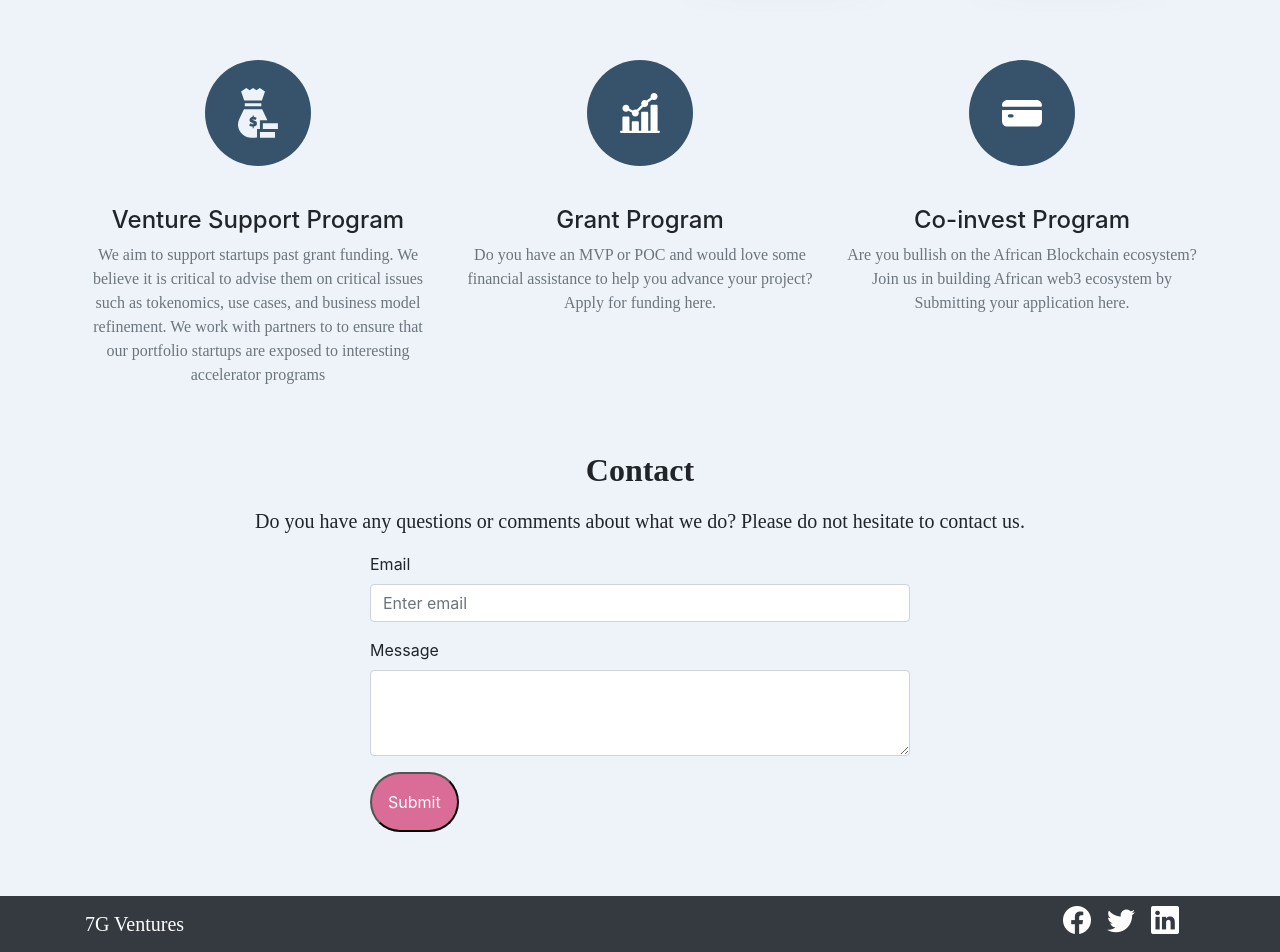
Repository: Jeremicarose/G7-venture
Page: index.html
These files come from the project's save history. The page is drawn as it stood at one moment and after the next save; the edit follows.
The browser window is 1280 px wide. The pictures show the part of the page from y = 2341 to 3293 px (the page is 3293 px tall before and 3287 px after).
A picture or video elsewhere on the page could not be fetched, so the positions and the page height are approximate.

Above is the page before, as saved 2023-02-03 19:12:37.

### index.html
<html lang="en">
  <head>
    <meta charset="UTF-8" />
    <meta http-equiv="X-UA-Compatible" content="IE=edge" />
    <meta name="viewport" content="width=device-width, initial-scale=1.0" />
    <title>Api</title>
    <link
      rel="stylesheet"
      href="https://cdn.jsdelivr.net/npm/bootstrap-icons@1.5.0/font/bootstrap-icons.css"
    />
    <link
      href="https://cdn.jsdelivr.net/npm/bootstrap@5.0.1/dist/css/bootstrap.min.css"
      rel="stylesheet"
      integrity="sha384-+0n0xVW2eSR5OomGNYDnhzAbDsOXxcvSN1TPprVMTNDbiYZCxYbOOl7+AMvyTG2x"
      crossorigin="anonymous"
    />
    <link
      rel="stylesheet"
      href="https://maxcdn.bootstrapcdn.com/bootstrap/4.0.0/css/bootstrap.min.css"
      integrity="sha384-Gn5384xqQ1aoWXA+058RXPxPg6fy4IWvTNh0E263XmFcJlSAwiGgFAW/dAiS6JXm"
      crossorigin="anonymous"
    />
    <link rel="stylesheet" href="style.css" />
  </head>
  <body>
    <!-- navbar -->
    <section>
      <nav class="navbar navbar-expand-md pt-3 pb-4">
        <nav class="navbar navbar-expand-lg navbar-light ">
          <a class="navbar-brand" href="#">7G Ventures</a>
          <button
            class="navbar-toggler"
            type="button"
            data-toggle="collapse"
            data-target="#navbarNav"
            aria-controls="navbarNav"
            aria-expanded="false"
            aria-label="Toggle navigation"
          >
            <span class="navbar-toggler-icon"></span>
          </button>
        </nav>

          <!-- navbar links -->
          <div
            class="collapse navbar-collapse justify-content-start align-center text-dark"
            id="main-nav"
          >
            <ul class="navbar-nav ps-4 text-white">
              <li class="nav-item">
                <a class="nav-link text-dark" href="#pricing">Ourstory</a>
              </li>
              <li class="nav-item ps-4">
                <a class="nav-link text-dark" href="#about">Programs</a>
              </li>
              <li class="nav-item ps-4">
                <a class="nav-link text-dark" href="#contact">Career</a>
              </li>
              <li class="nav-item ps-4">
                <a class="nav-link text-dark" href="#portfolio">Portfolio</a>
              </li>
              <li class="nav-item ps-4">
                <a class="nav-link text-dark" href="#contact">Contact</a>
              </li>
            </ul>
          </div>

        </div>
      </nav>
    </section>

    <!-- home page -->
    <section id="home-page" class="">
      <div class="container-lg">
        <div class="row g-4 justify-content-center align-items-center">
          <div class="col text-center text-md-start">
            <h1 class="fw-bold pb-5">
              Our Story.
            </h1>

            <p class="text-muted">
              We were established in response to the challenges young African web3 entrepreneurs have in accessing funding for the development and scaling of their innovative web3 solutions.
              We aim to democratise access to funding by making it smooth and simple to  regardless of where in Africa the founders may be from
              At 7G Ventures, we believe that the African web3 ecosystem can significantly thrive and address the majority of its pressing issues if given a level playing field, the attention it requires and the resources it needs.
            </p>
          </div>
          <div class="col text-center d-none d-md-block">
            <!-- tooltip -->
            <span>
              <img
                src="asset\hero-phone.png"
                class="img-fluid"
                alt="hero-phone"
              />
            </span>
          </div>
        </div>
      </div>
    </section>

    <!-- About -->
    <section id="about" class="bg-dark text-white">
      <div class="container-lg">
        <div class="row g-4 justify-content-center align-items-center">
          <div
            class="col text-center text-md-start mb-5 pb-5"
            style="background-image: url(assets\work-shape.png)"
          >
            <h2 class="fw-bold">What we do</h2>

            <p class=" text-secondary">
              <span class="fw-bold">Funding</span>- We collaborate with partners to give web3 entrepreneurs financial
              help as they develop innovative web3 solutions.
            </p>
            <p class=" text-secondary">
              <span class="fw-bold">Industry partnerships</span>- We progress in identifying areas of synergy and
              collaboration between us and other companies for the benefit of our portfolio companies.
            </p>
            <p class=" text-secondary">
              <span class="fw-bold">Consulting</span>- In order to examine the ideal areas of solution deployment, Use cases, and technical execution,
              we consult for both private and public sector enterprises.
            </p>
            <p class=" text-secondary">
              <span class="fw-bold">Capacity building and awareness</span>- We believe that an individual is only going to utilise the technology that he understands.
             That is why we devote the majority of our time and resources to raising awareness about the potential of next-generation technology
            </p>


            <a
              href="#aboutus"
              class="rounded-pill border border-light text-white py-3 px-5"
              >About Us</a
            >
          </div>
          <div class="col text-center d-none d-md-block p-4">
            <!-- tooltip -->
            <div class="row mb-4">
              <div class="col-lg-4 col-md-6">
                <img src="asset\coloured-teslsa.png" alt="teslsa" />
              </div>
              <div class="col-lg-4 col-md-6">
                <img src="asset\coloured-microsoft.png" alt="micro" />
              </div>
              <div class="col-lg-4 col-md-6">
                <img src="asset\coloured-hp.png " alt="hp" />
              </div>
              <div class="col-lg-4 col-md-6 pt-5 text-white">
                <img src="asset\coloured-oracle.png" alt="orac" />
              </div>
              <div class="col-lg-4 col-md-6 pt-5">
                <img src="asset\coloured-google.png" alt="google" />
              </div>
              <div class="col-lg-4 col-md-6 pt-5 ps-2">
                <img src="asset\coloured-nvidia.png" alt="nvidia" />
              </div>
            </div>
          </div>
        </div>
      </div>
    </section>

    <section id="portfolio" class="text-center py-5">
      <div class="container">
        <h2 class="fw-bold pb-2S">Portfolio</h2>
        <p class="description text-secondary">Meet the young companies that are shaping the future of the web</p>

        <div class="row">
          <div class="col-lg-3 col-md-6">
            <div class="card">
              <img src="smartbuilder_logo.png" alt="Smartbuilder Logo" class="card-img-top">
              <div class="card-body">
                <h4 class="card-title title">Smartbuilder</h4>
                <p class="card-text description text-secondary">Innovative web3 solutions</p>
              </div>
            </div>
          </div>

          <div class="col-lg-3 col-md-6">
            <div class="card">
              <img src="another_logo.png" alt="Another Logo" class="card-img-top">
              <div class="card-body">
                <h4 class="card-title title">Another Company</h4>
                <p class="card-text description text-secondary">Leading the charge in web3 technology</p>
              </div>
            </div>
          </div>

          <div class="col-lg-3 col-md-6">
            <div class="card">
              <img src="third_logo.png" alt="Third Logo" class="card-img-top">
              <div class="card-body">
                <h4 class="card-title title">Third Company</h4>
                <p class="card-text description text-secondary">Revolutionizing the web3 landscape</p>
              </div>
            </div>
          </div>

          <div class="col-lg-3 col-md-6">
            <div class="card">
              <img src="fourth_logo.png" alt="Fourth Logo" class="card-img-top">
              <div class="card-body">
                <h4 class="card-title title">Fourth Company</h4>
                <p class="card-text description text-secondary">Pioneers in web3 innovation and creativity</p>
              </div>
            </div>
          </div>
        </div>
      </div>
    </section>


    <!-- reviews list -->
    <section id="" class="">
      <div class="container-lg">
        <div class="row g-4 justify-content-center align-items-center">
          <div class="col text-center text-md-start">
            <h2 class="fw-bold pb-4">Career</h2>

            <p class="mb-5 text-secondary">
              We are always on the lookout for talented and driven individuals to join our team.
              If you are passionate about blockchain and have a record of success in a related field,
              we encourage you to apply for one of our open positions. We offer a dynamic and fast-paced work
              environment, as well as the opportunity to be at the forefront of the blockchain revolution
            </p>
          </div>
          <div class="col text-center d-none d-md-block">
            <!-- tooltip -->
            <span>
              <div class="row justify-content-end">
                <div class="col-lg-6">
                  <img src="asset\phone1.svg" class="img-fluid" alt="phone1" />
                </div>
                <div class="col-lg-6">
                  <img src="asset\phone2.svg" class="img-fluid" alt="phone2" />
                </div>
              </div>
            </span>
          </div>
        </div>
      </div>
    </section>

    <!-- contact form -->
    <section id="story" class="">
      <div class="container-lg">
        <div class="row g-4 text-center pt-5">
          <div class="col-lg-4 col-md-6 icon-box">
            <div class="icon pb-3 mb-4">
              <img src="asset\finances.svg" alt="" />
            </div>
            <h4 class="title">Venture Support Program</h4>
            <p class="description text-secondary">
              We aim to support startups past grant funding. We believe it is critical to
              advise them on critical issues such as tokenomics, use cases, and business model refinement.
              We work with partners to to ensure that our portfolio startups are exposed to interesting accelerator programs
            </p>
          </div>
          <div class="col-lg-4 col-md-6 icon-box">
            <div class="icon pb-3 mb-4">
              <img src="asset\banking.svg" alt="" />
            </div>
            <h4 class="title">Grant Program</h4>
            <p class="description text-secondary">
              Do you have an MVP or POC and would love some financial
              assistance to help you advance your project? Apply for funding here.
            </p>
          </div>
          <div class="col-lg-4 col-md-6 icon-box">
            <div class="icon pb-3 mb-4">
              <img src="asset\payments.svg" alt="" />
            </div>
            <h4 class="title">Co-invest Program</h4>
            <p class="description text-secondary">
              Are you bullish on the African Blockchain ecosystem?
              Join us in building African web3 ecosystem by Submitting your application here.
            </p>
          </div>
        </div>
      </div>
    </section>

    <!-- register -->
    <!-- Sixth Section: Contact Us -->
    <section id="contact" class="py-5">
      <div class="container">
        <h2 class="fw-bold pb-2 text-center">Contact</h2>
        <p class="lead text-center">Do you have any questions or comments about what we do? Please do not hesitate to contact us.</p>

        <div class="row">
          <div class="col-lg-6 mx-auto">
            <form>
              <div class="form-group">
                <label for="email">Email</label>
                <input type="email" class="form-control" id="email" placeholder="Enter email">
              </div>
              <div class="form-group">
                <label for="message">Message</label>
                <textarea class="form-control" id="message" rows="3"></textarea>
              </div>
              <button type="submit" class="rounded-pill p-3 m text-white"
              style="background-color: #da6d97">Submit</button>
            </form>
          </div>
        </div>

      </div>
    </section>

    <!-- contact -->
    <section id="contact" class="bg-dark">
      <nav class="navbar navbar-expand-md navbar-dark text-white pt-2 pb-2">
        <div class="container align-items-center">
          <!-- navbar brand  -->
          <a class="navbar-brand" href="#">7G Ventures</a>

          <!-- navbar links -->
          <div
            class="collapse navbar-collapse justify-content-start align-center"
            id="main-nav"
          >

          </div>

          <ul class="navbar-nav">
            <li class="nav-item pe-3">
              <h3><i class="bi bi-facebook"></i></h3>
            </li>
            <li class="nav-item pe-3">
              <h3><i class="bi bi-twitter"></i></h3>
            </li>
            <li class="nav-item pe-3">
              <h3><i class="bi bi-linkedin"></i></h3>
            </li>
          </ul>
        </div>
      </nav>
    </section>
  </body>
</html>

### style.css
a,
p {
  text-decoration: none;
  font-family: "public sans";
}
h1,
h2 {
  font-family: "dm serif text";
}

section {
  background-color: #eef3f9;
}

After the next save:
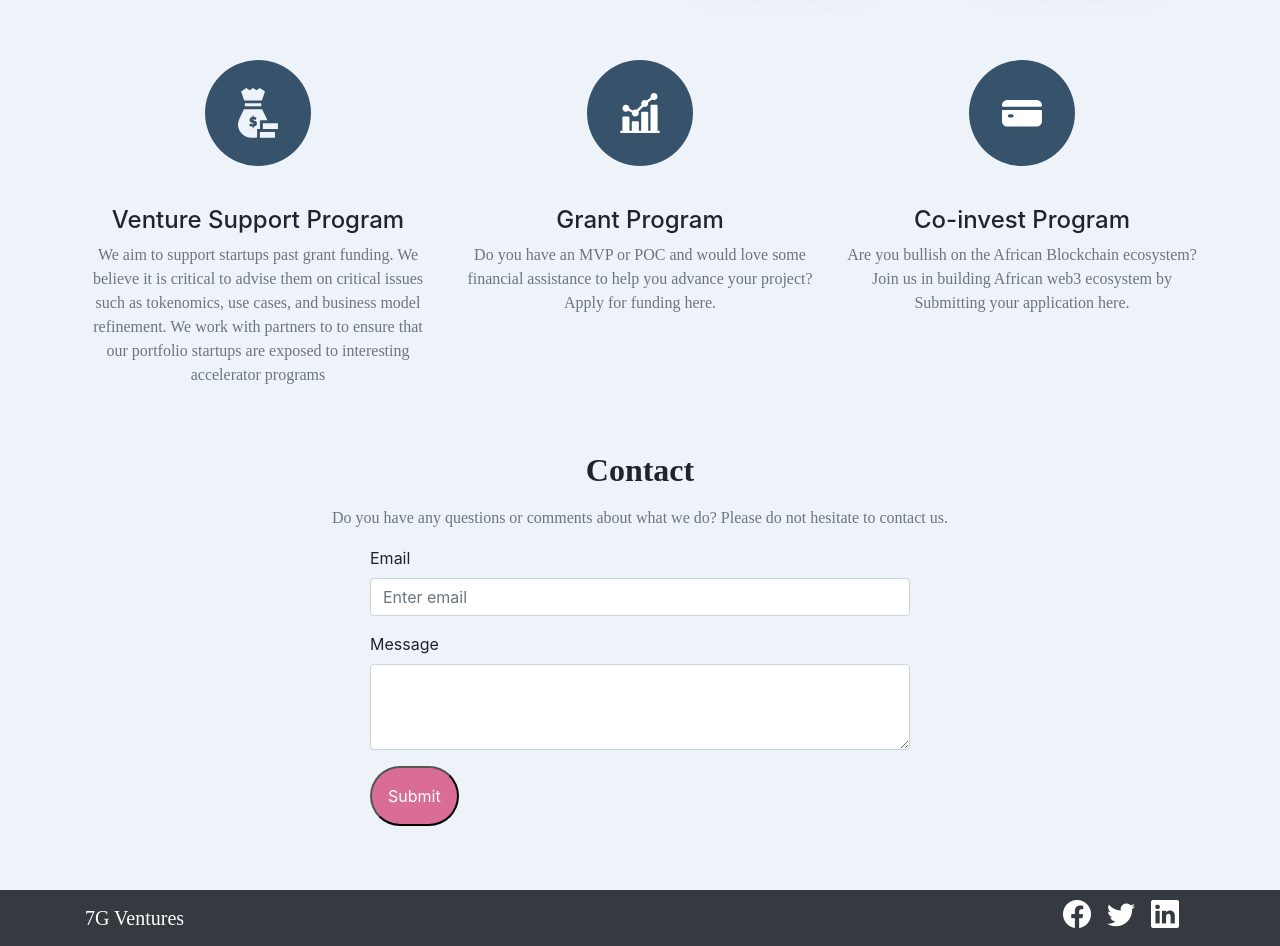
Saved 37 s later.
--- a/index.html
+++ b/index.html
@@ -284,7 +284,7 @@
     <section id="contact" class="py-5">
       <div class="container">
         <h2 class="fw-bold pb-2 text-center">Contact</h2>
-        <p class="lead text-center">Do you have any questions or comments about what we do? Please do not hesitate to contact us.</p>
+        <p class="description text-secondary text-center">Do you have any questions or comments about what we do? Please do not hesitate to contact us.</p>
 
         <div class="row">
           <div class="col-lg-6 mx-auto">
